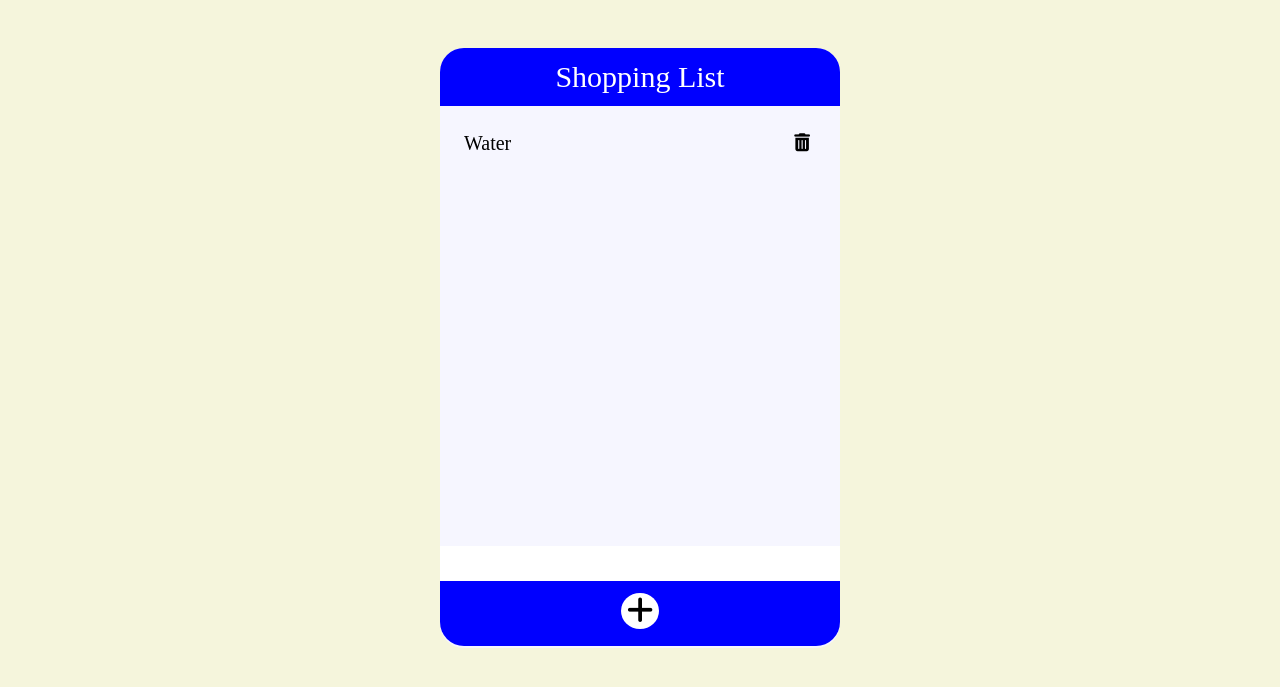
Repository: keehoonjung/Shopping-list
Page: index.html
The author's editor kept a copy of each file at every save. The page is drawn from the files as they stood at one save, then again after the next save.
The browser window is 1280 px wide. The pictures show the whole page.
Some web libraries are served in a nearby version.

Above is the page before, as saved 2021-08-08 11:23:23.

### index.html
<!DOCTYPE html>
<html lang="en">
<head>
    <meta charset="UTF-8">
    <meta http-equiv="X-UA-Compatible" content="IE=edge">
    <meta name="viewport" content="width=device-width, initial-scale=1.0">
    <title>Shopping-list</title>
    <script src="main.js" defer></script>
    <link rel="stylesheet" href="style.css">
    <script src="https://kit.fontawesome.com/a7a8d59961.js" crossorigin="anonymous"></script>
</head>
<body>
    <div class="container">
        <div class="header">
            Shopping List
        </div>
        <section class="main">
            <ul class="main_list">
                <li>
                    <span> Water </span>
                    <button class="delete__Btn">
                        <i class="fas fa-trash-alt"></i>
                    </button>
                </li>
            </ul>
        </section>
        <input type="text" onkeyup="enterkey()" class="input_text">
        <div class="footer">
            <button class="create__Btn">
                <i class="fas fa-plus"></i>
            </button>
        </div>
    </div>
</body>
</html>

### main.js
"use strict";

const inputText = document.querySelector(".input_text");
const createBtn = document.querySelector(".create__Btn");
const shoppingList = document.querySelector(".main_list");
const deleteBtn = document.querySelector(".delete__Btn");

createBtn.addEventListener("click", (event) => {
  const text = inputText.value;
  const list = document.createElement("li");
  createList(list, text);
});

shoppingList.addEventListener("click", (event) => {
  const target = event.target.parentNode;
  if (target.classList == "delete__Btn") {
    target.parentNode.remove();
  }
});

function enterkey() {
  if (window.event.keyCode == 13) {
    const text = inputText.value;
    const list = document.createElement("li");
    createList(list, text);
  }
}

function createList(list, text) {
  list.innerHTML = `
    <span> ${text} </span>
    <button class="delete__Btn">
        <i class="fas fa-trash-alt"></i>
    </button>`;
  shoppingList.appendChild(list);
  inputText.value = "";
}

### style.css
body {
  background-color: beige;
  text-align: center;
}

li {
  display: flex;
  justify-content: space-between;
  list-style: none;
  width: 100%;
  margin-bottom: 12px;
}

button {
  cursor: pointer;
  border-style: none;
  background-color: transparent;
  font-size: 18px;
}

.container {
  margin: auto;
  background-color: rgb(246, 246, 255);
  height: 600px;
  width: 400px;
  border-radius: 24px;
  transform: translateY(40px);
}

.header {
  background-color: blue;
  font-size: 30px;
  color: white;
  border-top-left-radius: 24px;
  border-top-right-radius: 24px;
  padding: 12px 0;
}

.main {
  height: 420px;
}

.main_list {
  padding: 6px 24px;
  font-size: 20px;
}

.input_text {
  width: 100%;
  border-style: none;
  height: 35px;
  padding: 0;
}

.footer {
  background-color: blue;
  height: 65px;
  border-bottom-left-radius: 24px;
  border-bottom-right-radius: 24px;
}

.create__Btn {
  margin-top: 12px;
  font-size: 30px;
  background-color: white;
  border-radius: 50%;
}

After the next save:
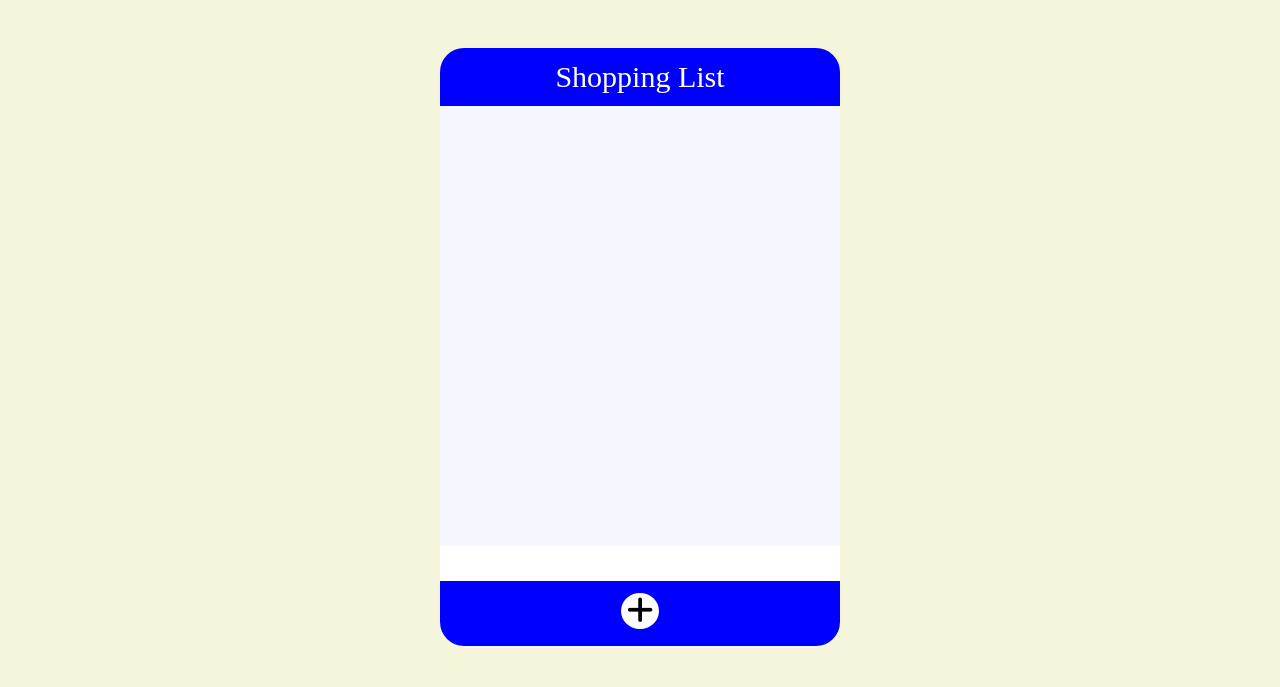
Saved 26 s later.
--- a/index.html
+++ b/index.html
@@ -16,12 +16,6 @@
         </div>
         <section class="main">
             <ul class="main_list">
-                <li>
-                    <span> Water </span>
-                    <button class="delete__Btn">
-                        <i class="fas fa-trash-alt"></i>
-                    </button>
-                </li>
             </ul>
         </section>
         <input type="text" onkeyup="enterkey()" class="input_text">
